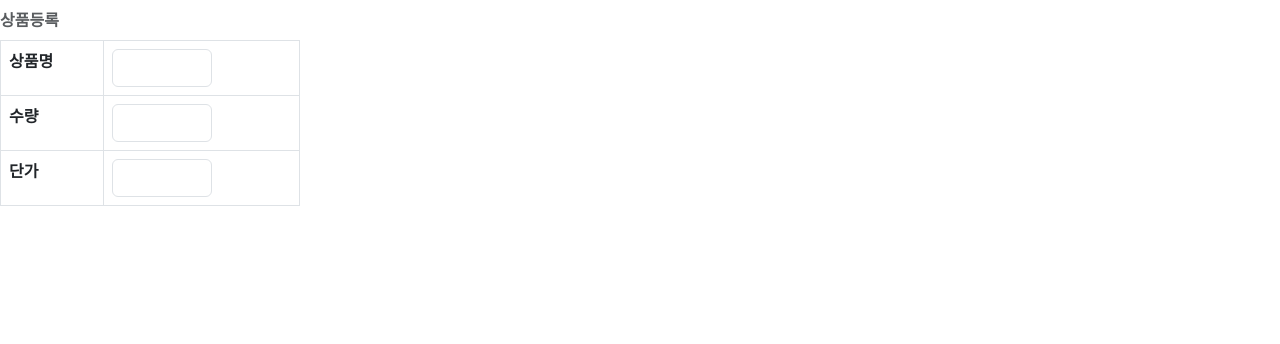
Repository: ssung2sin/sist0615_spring
Page: http://localhost/SpringMvc4/shop/form2
An editor plug-in stored every save of this project. The page is shown before and after the next save, followed by the edit.
The browser window is 1280 px wide. The pictures show the whole page.
Some web fonts or font styles are not loaded; a fallback is used. The page is served by Tomcat 9. Other server files are loaded and not shown.

Above is the page before, as saved 2023-10-10 02:22:31.

### SpringMvc4/src/main/webapp/WEB-INF/shop/shopForm.jsp
<%@ page language="java" contentType="text/html; charset=UTF-8"
    pageEncoding="UTF-8"%>
<%@ taglib uri="http://java.sun.com/jsp/jstl/core" prefix="c"%>
<%@ taglib uri="http://java.sun.com/jsp/jstl/fmt" prefix="fmt"%>
<!DOCTYPE html>
<html>
<head>
<meta charset="UTF-8">
<link href="https://cdn.jsdelivr.net/npm/bootstrap@5.3.0/dist/css/bootstrap.min.css" rel="stylesheet">
<link href="https://fonts.googleapis.com/css2?family=Dongle:wght@300&family=Gaegu:wght@300&family=Nanum+Pen+Script&family=Sunflower:wght@300&display=swap" rel="stylesheet">
<script src="https://code.jquery.com/jquery-3.7.0.js"></script>
<title>Insert title here</title>
</head>
<body>
<form action="process2" method="post">
	<table class="table table-bordered" style="width: 300px;">
	<caption align="top"><b>상품등록</b></caption>
		<tr>
			<th>상품명</th>
			<td>
				<input type="text" name="sang" class="form-control"
				style="width: 100px;">
			</td>
		</tr>
		<tr>
			<th>수량</th>
			<td>
				<input type="text" name="su" class="form-control"
				style="width: 100px;">
			</td>
		</tr>
		<tr>
			<th>단가</th>
			<td>
				<input type="text" name="dan" class="form-control"
				style="width: 100px;">
			</td>
		</tr>
	</table>
</form>
</body>
</html>

After the next save:
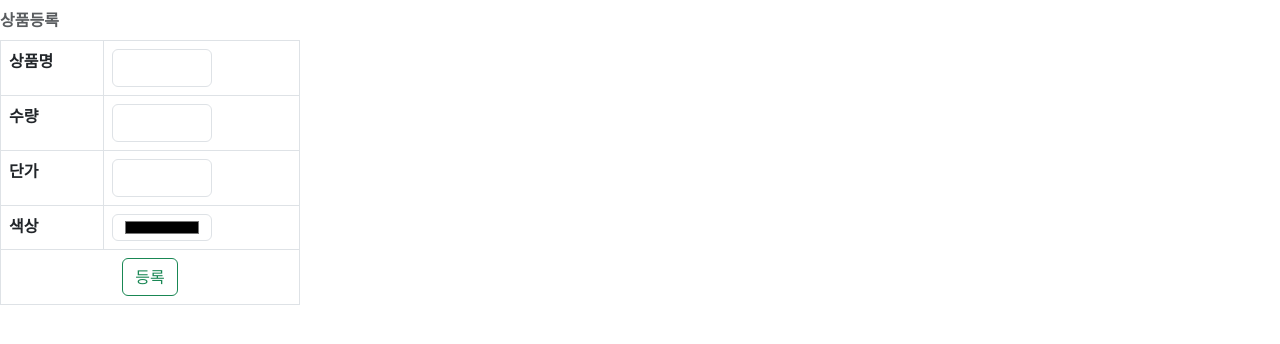
Saved 2 min 40 s later.
--- a/SpringMvc4/src/main/webapp/WEB-INF/shop/shopForm.jsp
+++ b/SpringMvc4/src/main/webapp/WEB-INF/shop/shopForm.jsp
@@ -36,6 +36,18 @@
 				style="width: 100px;">
 			</td>
 		</tr>
+		<tr>
+			<th>색상</th>
+			<td>
+				<input type="color" name="color" class="form-control"
+				style="width: 100px;">
+			</td>
+		</tr>
+		<tr>
+			<td colspan="2" align="center">
+				<button type="submit" class="btn btn-outline-success">등록</button>
+			</td>
+		</tr>
 	</table>
 </form>
 </body>
